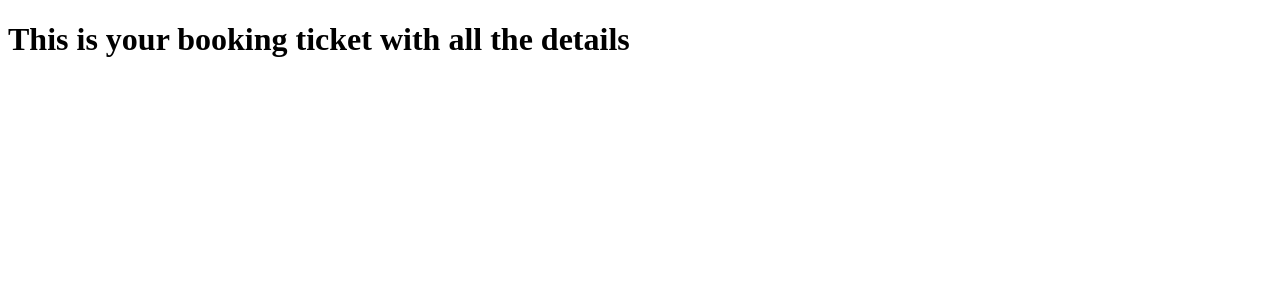
Repository: RamJangid/AdvanceJavaDone
Page: http://localhost/FlyAway/finalbookingdetails.jsp
These files come from the project's save history. The page is drawn as it stood at one moment and after the next save; the edit follows.
The browser window is 1280 px wide. The pictures show the whole page.
The page is served by Tomcat 10. Nobody is signed in. The application's start-up code is not run.

Above is the page before, as saved 2022-09-22 03:16:54.

After the next save:
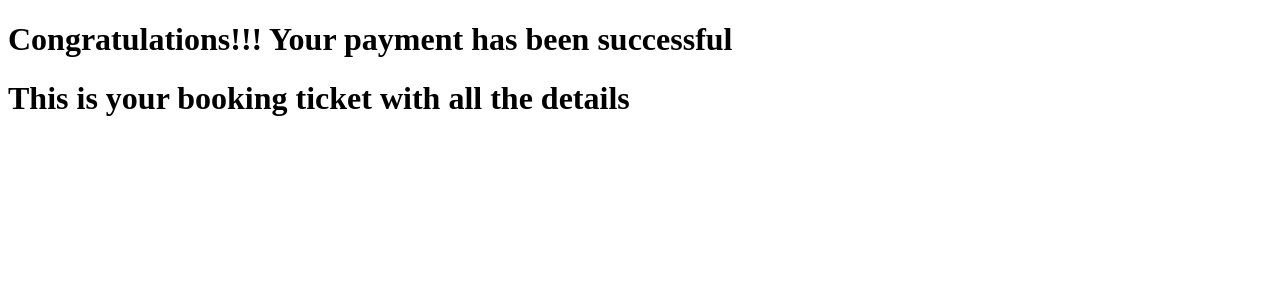
Saved 37 s later.
--- a/FlyAway/src/main/webapp/finalbookingdetails.jsp
+++ b/FlyAway/src/main/webapp/finalbookingdetails.jsp
@@ -7,6 +7,7 @@
 <title>Here is your final booking details</title>
 </head>
 <body>
+		<h1>Congratulations!!! Your payment has been successful</h1>
 		<h1>This is your booking ticket with all the details</h1>
 </body>
 </html>
